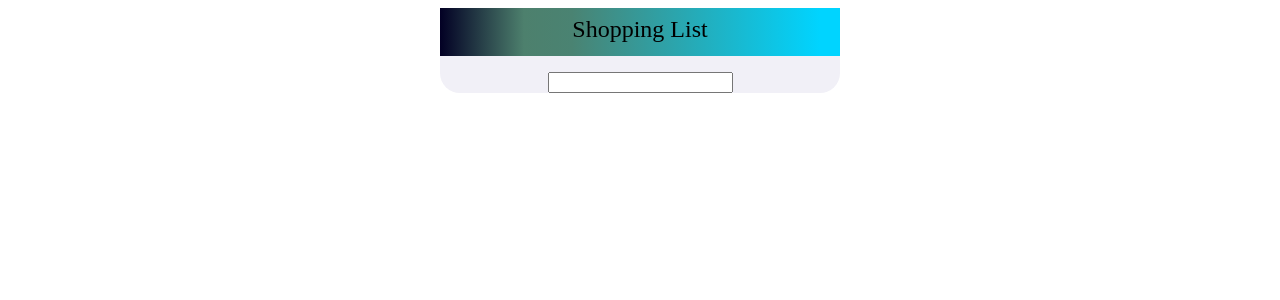
Repository: woojinShim/Browser-Study
Page: shopping/index.html
The author's editor kept a copy of each file at every save. The page is drawn from the files as they stood at one save, then again after the next save.
The browser window is 1280 px wide. The pictures show the whole page.

Above is the page before, as saved 2022-02-06 20:34:45.

### shopping/index.html
<!DOCTYPE html>
<html lang="en">
<head>
    <meta charset="UTF-8">
    <meta http-equiv="X-UA-Compatible" content="IE=edge">
    <meta name="viewport" content="width=device-width, initial-scale=1.0">
    <title>Document</title>
    <script src="main.js" defer></script>
    <link rel="stylesheet" href="style.css">
</head>
<body>
    <section class="list">
        <header class="header">Shopping List</header>
        <ul class="items"></ul>
        <footer class="footer">
            <input type="text" class="footer__input">
        </footer>
    </section>
</body>
</html>

### shopping/style.css
* {
  box-sizing: border-box;
}

ul {
  padding: 0;
}

body {
  background-color: ced3df;
  text-align: center;
}

.list {
  width: 400px;
  margin: auto;
  background-color: #f1f0f7;
  border-radius: 20px;
}

.header {
  height: 48px;
  padding: 8px;
  font-size: 24px;
  background: rgb(2, 0, 36);
  background: linear-gradient(
    90deg,
    rgba(2, 0, 36, 1) 0%,
    rgba(77, 128, 109, 1) 21%,
    rgba(74, 131, 114, 1) 33%,
    rgba(0, 212, 255, 1) 95%
  );
}

Loaded but not shown: shopping/main.js (no stored copy; drawn as an empty file)

After the next save:
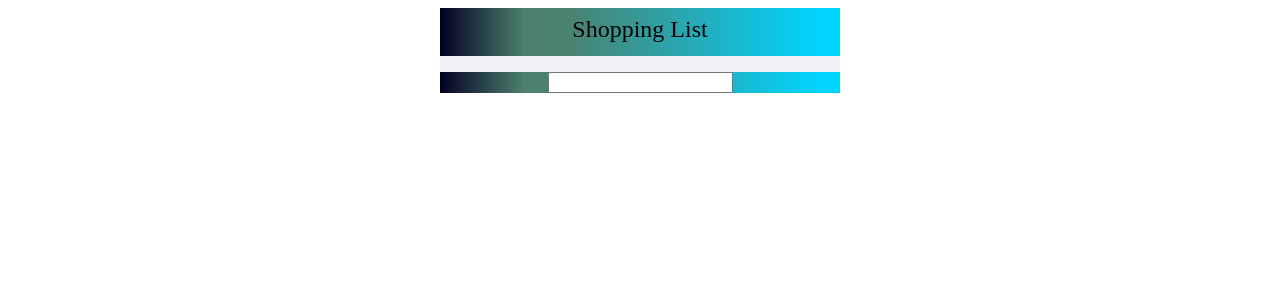
Saved 19 min 15 s later.
--- a/shopping/style.css
+++ b/shopping/style.css
@@ -31,3 +31,14 @@ body {
     rgba(0, 212, 255, 1) 95%
   );
 }
+
+.footer {
+  background: rgb(2, 0, 36);
+  background: linear-gradient(
+    90deg,
+    rgba(2, 0, 36, 1) 0%,
+    rgba(77, 128, 109, 1) 21%,
+    rgba(74, 131, 114, 1) 33%,
+    rgba(0, 212, 255, 1) 95%
+  );
+}
